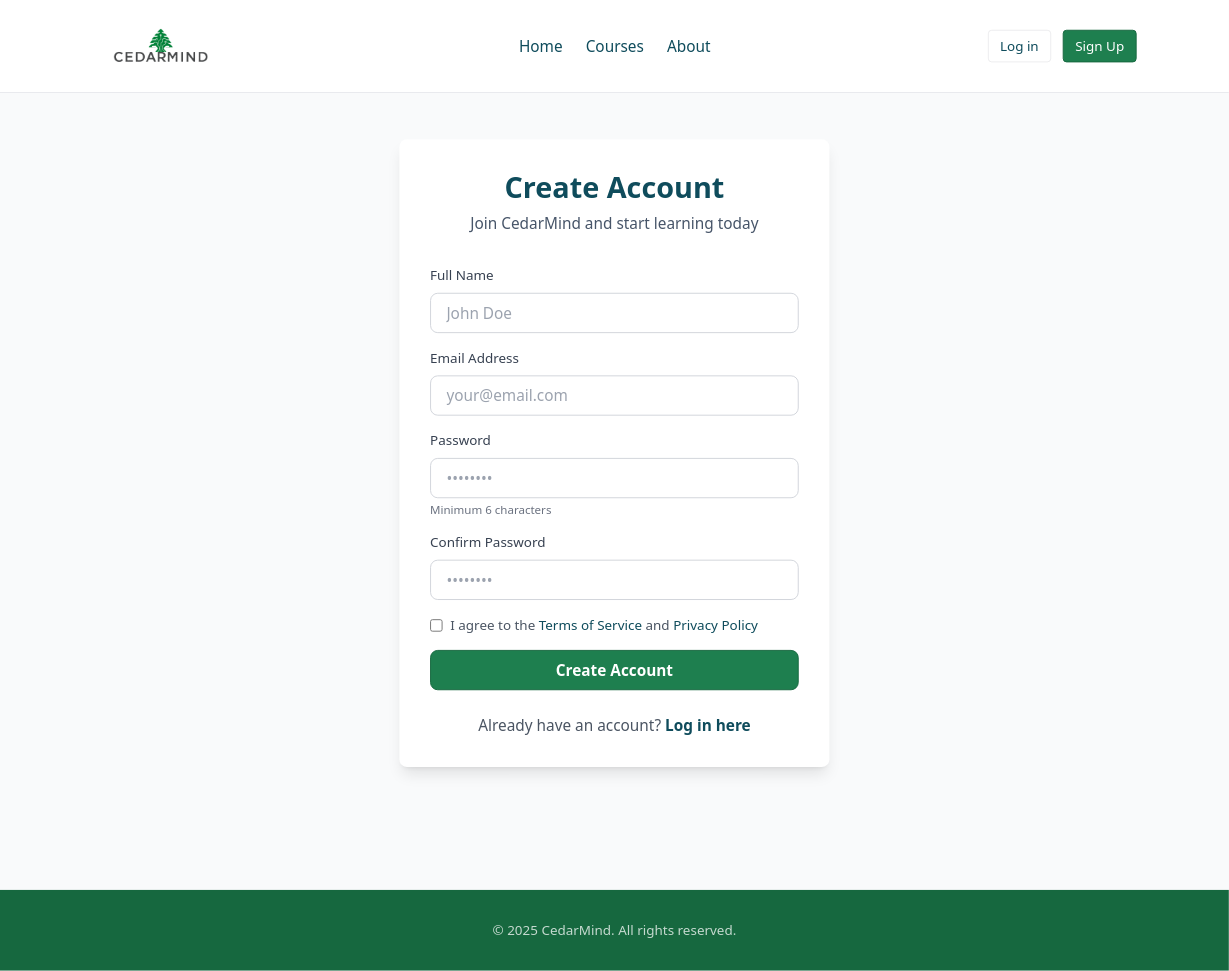
Repository: 1222aa/cedarmind
Page: http://localhost/signup.html
The author's editor kept a copy of each file at every save. The page is drawn from the files as they stood at one save, then again after the next save.
The browser window is 1280 px wide. The pictures show the whole page, at 96% of full size.
Some web libraries are served in a nearby version. The page is served by the project's Laravel application, run on PHP 8.4 with Laravel 12.

Above is the page before, as saved 2025-12-02 15:40:34.

### public/signup.html
<!DOCTYPE html>
<html lang="en">

<head>
  <meta charset="UTF-8" />
  <meta name="viewport" content="width=device-width, initial-scale=1.0" />

  <!-- Unified Font -->
  <link href="https://fonts.googleapis.com/css2?family=Inter:wght@300;400;500;600;700&display=swap" rel="stylesheet">

  <!-- Global Styles -->
  <link rel="stylesheet" href="./css/style.css">

  <!-- Optional: Icons -->
  <link rel="stylesheet" href="https://cdnjs.cloudflare.com/ajax/libs/font-awesome/6.5.0/css/all.min.css">
  <script src="https://cdn.tailwindcss.com"></script>
  <title>Sign Up - CedarMind</title>
</head>

<body class="bg-gray-50 text-gray-900 font-sans">

  <!-- Responsive Header / Navbar (Tailwind) -->
  <header class="bg-white border-b sticky top-0 z-50 bg-opacity-95 backdrop-blur-sm">
    <div class="max-w-6xl mx-auto px-4 sm:px-6 lg:px-8">
      <div class="flex items-center justify-between h-20 md:h-24">
        <div class="flex items-center">
          <a href="/" class="flex items-center">
            <img src="./image/logo.png" alt="CedarMind logo" class="h-16 md:h-20 lg:h-24 w-auto mr-3">
            <span class="sr-only">CedarMind</span>
          </a>
        </div>

        <!-- Desktop nav -->
        <nav class="hidden md:flex md:items-center md:space-x-6" aria-label="Primary">
          <a href="/" class="brand-link">Home</a>
          <a href="/#courses" class="brand-link">Courses</a>
          <a href="/#about" class="brand-link">About</a>
        </nav>

        <div class="hidden md:flex md:items-center md:space-x-3">
          <a href="login.html" class="brand-outline px-3 py-1.5 rounded text-sm">Log in</a>
          <a href="#" class="brand-cta px-3 py-1.5 rounded text-sm">Sign Up</a>
        </div>

        <!-- Mobile menu button -->
        <div class="md:hidden">
          <button id="nav-toggle" aria-controls="mobile-menu" aria-expanded="false" class="inline-flex items-center justify-center p-2 rounded-md text-gray-700 hover:bg-gray-100 focus:outline-none">
            <svg class="h-6 w-6" xmlns="http://www.w3.org/2000/svg" fill="none" viewBox="0 0 24 24" stroke="currentColor">
              <path stroke-linecap="round" stroke-linejoin="round" stroke-width="2" d="M4 6h16M4 12h16M4 18h16" />
            </svg>
          </button>
        </div>
      </div>
    </div>

    <!-- Mobile menu -->
    <div id="mobile-menu" class="md:hidden hidden">
      <div class="px-2 pt-2 pb-3 space-y-1 sm:px-3">
        <a href="/" class="brand-link-mobile block px-3 py-2 rounded-md text-base font-medium">Home</a>
        <a href="/#courses" class="brand-link-mobile block px-3 py-2 rounded-md text-base font-medium">Courses</a>
        <a href="/#about" class="brand-link-mobile block px-3 py-2 rounded-md text-base font-medium">About</a>
      </div>
      <div class="px-4 pb-4 flex items-center space-x-2">
        <a href="login.html" class="flex-1 text-center px-3 py-2 border rounded text-sm brand-link-mobile">Log in</a>
        <a href="#" class="flex-1 text-center px-3 py-2 brand-cta rounded text-sm">Sign Up</a>
      </div>
    </div>
  </header>

  <main class="min-h-screen flex items-center justify-center py-12 px-4">
    <div class="w-full max-w-md bg-white rounded-lg shadow-lg p-8">
      <div class="text-center mb-8">
        <h1 class="text-3xl font-bold brand-heading">Create Account</h1>
        <p class="text-slate-600 mt-2">Join CedarMind and start learning today</p>
      </div>

      <form id="signupForm" class="space-y-4">
        <!-- Full Name Input -->
        <div>
          <label for="name" class="block text-sm font-medium text-gray-700 mb-2">Full Name</label>
          <input type="text" id="name" name="name" required class="w-full px-4 py-2 border border-gray-300 rounded-lg focus:outline-none focus:ring-2 focus:ring-[var(--cedar)] focus:border-transparent" placeholder="John Doe">
        </div>

        <!-- Email Input -->
        <div>
          <label for="email" class="block text-sm font-medium text-gray-700 mb-2">Email Address</label>
          <input type="email" id="email" name="email" required class="w-full px-4 py-2 border border-gray-300 rounded-lg focus:outline-none focus:ring-2 focus:ring-[var(--cedar)] focus:border-transparent" placeholder="your@email.com">
        </div>

        <!-- Password Input -->
        <div>
          <label for="password" class="block text-sm font-medium text-gray-700 mb-2">Password</label>
          <input type="password" id="password" name="password" required class="w-full px-4 py-2 border border-gray-300 rounded-lg focus:outline-none focus:ring-2 focus:ring-[var(--cedar)] focus:border-transparent" placeholder="••••••••">
          <p class="text-xs text-gray-500 mt-1">Minimum 6 characters</p>
        </div>

        <!-- Confirm Password -->
        <div>
          <label for="confirmPassword" class="block text-sm font-medium text-gray-700 mb-2">Confirm Password</label>
          <input type="password" id="confirmPassword" name="confirmPassword" required class="w-full px-4 py-2 border border-gray-300 rounded-lg focus:outline-none focus:ring-2 focus:ring-[var(--cedar)] focus:border-transparent" placeholder="••••••••">
        </div>

        <!-- Terms Checkbox -->
        <label class="flex items-center text-sm">
          <input type="checkbox" id="terms" required class="rounded border-gray-300">
          <span class="ml-2 text-gray-600">I agree to the <a href="#" class="brand-link">Terms of Service</a> and <a href="#" class="brand-link">Privacy Policy</a></span>
        </label>

        <!-- Submit Button -->
        <button type="submit" class="w-full brand-cta px-4 py-2 rounded-lg font-semibold transition">Create Account</button>

        <!-- Error Message -->
        <div id="errorMessage" class="hidden bg-red-50 text-red-700 p-3 rounded-lg text-sm"></div>

        <!-- Success Message -->
        <div id="successMessage" class="hidden bg-green-50 text-green-700 p-3 rounded-lg text-sm"></div>
      </form>

      <!-- Log In Link -->
      <p class="text-center text-gray-600 mt-6">
        Already have an account? <a href="login.html" class="brand-link font-semibold">Log in here</a>
      </p>
    </div>
  </main>

  <!-- Footer -->
  <footer class="bg-[var(--cedar-dark)] text-white py-8 px-6 mt-20">
    <div class="max-w-6xl mx-auto text-center text-sm opacity-75">
      <p>&copy; 2025 CedarMind. All rights reserved.</p>
    </div>
  </footer>

  <script src="js/main.js"></script>
  <script>
    document.getElementById('signupForm').addEventListener('submit', function(e) {
      e.preventDefault();

      const name = document.getElementById('name').value;
      const email = document.getElementById('email').value;
      const password = document.getElementById('password').value;
      const confirmPassword = document.getElementById('confirmPassword').value;
      const errorDiv = document.getElementById('errorMessage');
      const successDiv = document.getElementById('successMessage');

      errorDiv.classList.add('hidden');
      successDiv.classList.add('hidden');

      // Validation
      if (password.length < 6) {
        errorDiv.textContent = 'Password must be at least 6 characters long.';
        errorDiv.classList.remove('hidden');
        return;
      }

      if (password !== confirmPassword) {
        errorDiv.textContent = 'Passwords do not match.';
        errorDiv.classList.remove('hidden');
        return;
      }

      // Get existing users
      const users = JSON.parse(localStorage.getItem('cedarmind_users') || '[]');

      // Check if email already exists
      if (users.find(u => u.email === email)) {
        errorDiv.textContent = 'An account with this email already exists.';
        errorDiv.classList.remove('hidden');
        return;
      }

      // Create new user
      const newUser = {
        id: Date.now(),
        name: name,
        email: email,
        password: password,
        createdAt: new Date().toISOString()
      };

      users.push(newUser);
      localStorage.setItem('cedarmind_users', JSON.stringify(users));

      // Log in the new user
      localStorage.setItem('cedarmind_current_user', JSON.stringify({
        id: newUser.id,
        email: newUser.email,
        name: newUser.name
      }));

      successDiv.textContent = 'Account created successfully! Redirecting to courses...';
      successDiv.classList.remove('hidden');

      setTimeout(() => {
        window.location.href = 'courses.html';
      }, 1500);
    });
  </script>
</body>

</html>

### public/css/style.css


/* Header styling moved to Tailwind utilities in index.html. */

/* Keep any existing custom focus styles if desired */
.nav-links a:focus, .btn:focus { outline: 3px solid rgba(14,165,164,0.18); outline-offset: 2px; }

/* Cedar color palette variables (requested) */
:root {
	--cedar: #1E7F4F;
	--cedar-light: #2FA86A;
	--cedar-dark: #16683f;
	--text-main: #0F4C5C;
	--background-main: #f9fafb;
    --white: #ffffff;
}

/* Apply palette to core elements */
body { background-color: var(--background-main); color: var(--white); }


/* Logo color follows cedar */
.logo-link { color: var(--cedar); }
@media (prefers-color-scheme: dark) {
    .logo-link { color: #ffffff; }
}

/* Brand utility classes (use these in HTML to apply the cedar palette) */
.brand-link { color: var(--text-main); transition: color .15s ease; }
.brand-link:hover, .brand-link:focus { color: var(--cedar-light); }

.brand-cta { background: var(--cedar); color: #ffffff; border: 1px solid var(--cedar-dark); }
.brand-cta:hover, .brand-cta:focus { background: var(--cedar-dark); }

.brand-outline { color: var(--text-main); background: transparent; border: 1px solid rgba(15,23,42,0.08); }
.brand-outline:hover, .brand-outline:focus { background: rgba(47,168,106,0.06); }

.brand-heading { color: var(--text-main); }

.brand-link-mobile { color: var(--text-main); }
.brand-link-mobile:hover { background: rgba(47,168,106,0.06); }

/* Make form elements and other interactive bits follow brand when reasonable */
button, input[type="submit"], .btn { font-family: inherit; }

/* Hero-specific styles */
.hero { position: relative; }
.hero-bg svg { display: block; width: 100%; height: 100%; object-fit: cover; }
.brand-heading { color: var(--text-main); }

/* Ensure text placed over colored backgrounds (like the hero) is readable */
.hero, .hero h1, .hero h2, .hero p, .hero a, .hero .brand-heading { color: var(--white); }
.hero p { color: rgba(255,255,255,0.92); }

/* Buttons/links when shown on the colored hero background */
.hero .brand-outline { color: var(--white); border-color: rgba(255,255,255,0.22); }
.hero .brand-outline:hover, .hero .brand-outline:focus { background: rgba(255,255,255,0.06); }
.hero .brand-cta { background: var(--white); color: var(--cedar-dark); border-color: rgba(255,255,255,0.08); }
.hero .brand-cta:hover, .hero .brand-cta:focus { background: #ffffff; filter: brightness(.98); }

### public/js/main.js
 // Toggle mobile menu (uses Tailwind `hidden` class)
    (function() {
      const btn = document.getElementById('nav-toggle');
      const menu = document.getElementById('mobile-menu');

      if (!btn || !menu) return;

      btn.addEventListener('click', function(e) {
        const expanded = this.getAttribute('aria-expanded') === 'true';
        this.setAttribute('aria-expanded', (!expanded).toString());
        menu.classList.toggle('hidden');
      });

      // Close when clicking outside
      document.addEventListener('click', (e) => {
        if (!menu.contains(e.target) && !btn.contains(e.target)) {
          if (!menu.classList.contains('hidden')) {
            menu.classList.add('hidden');
            btn.setAttribute('aria-expanded', 'false');
          }
        }
      });
    })();

After the next save:
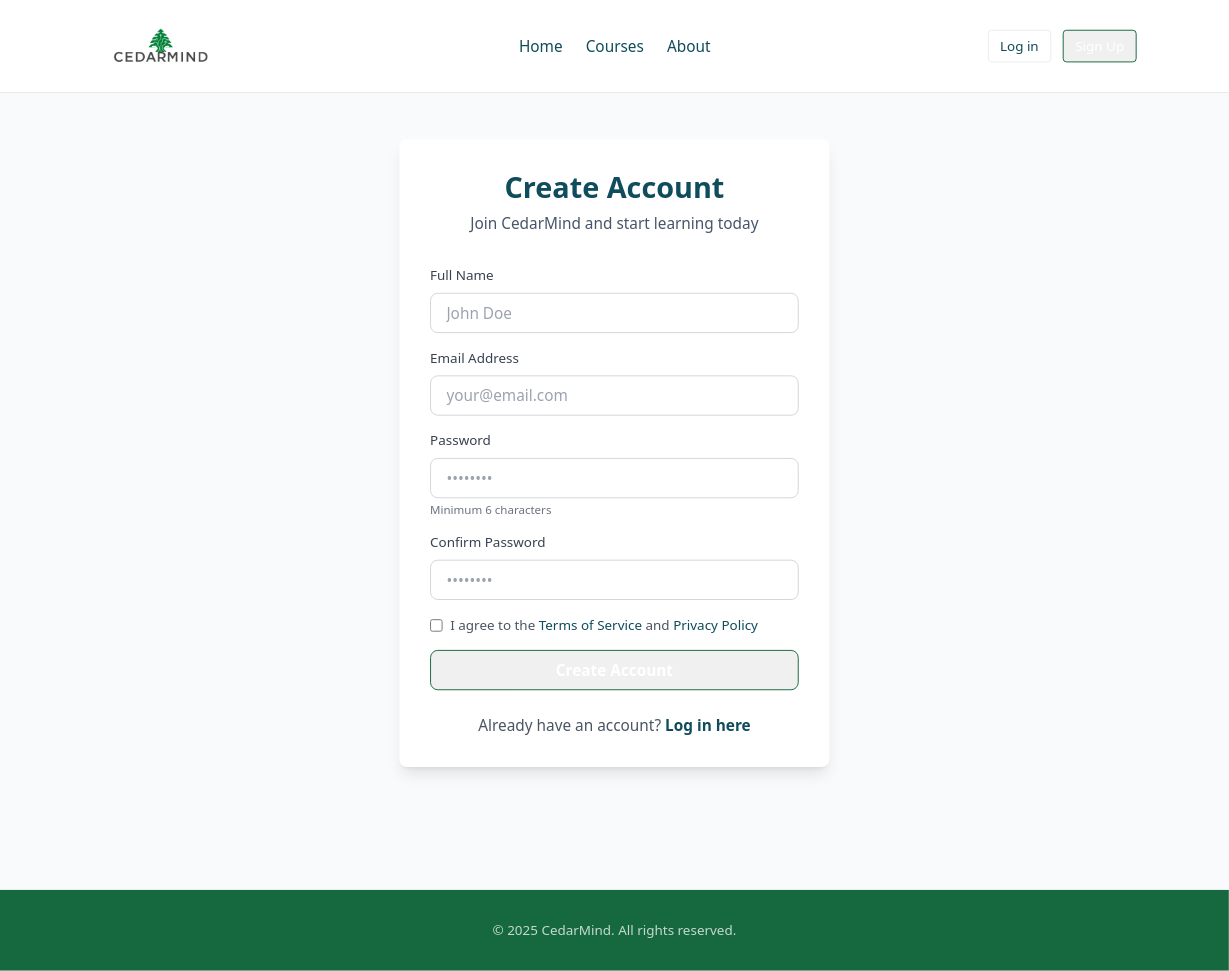
Saved 84 min 19 s later.
--- a/public/css/style.css
+++ b/public/css/style.css
@@ -7,7 +7,7 @@
 
 /* Cedar color palette variables (requested) */
 :root {
-	--cedar: #1E7F4F;
+	--cedar: #f0f0f0;
 	--cedar-light: #2FA86A;
 	--cedar-dark: #16683f;
 	--text-main: #0F4C5C;

After the save that followed:
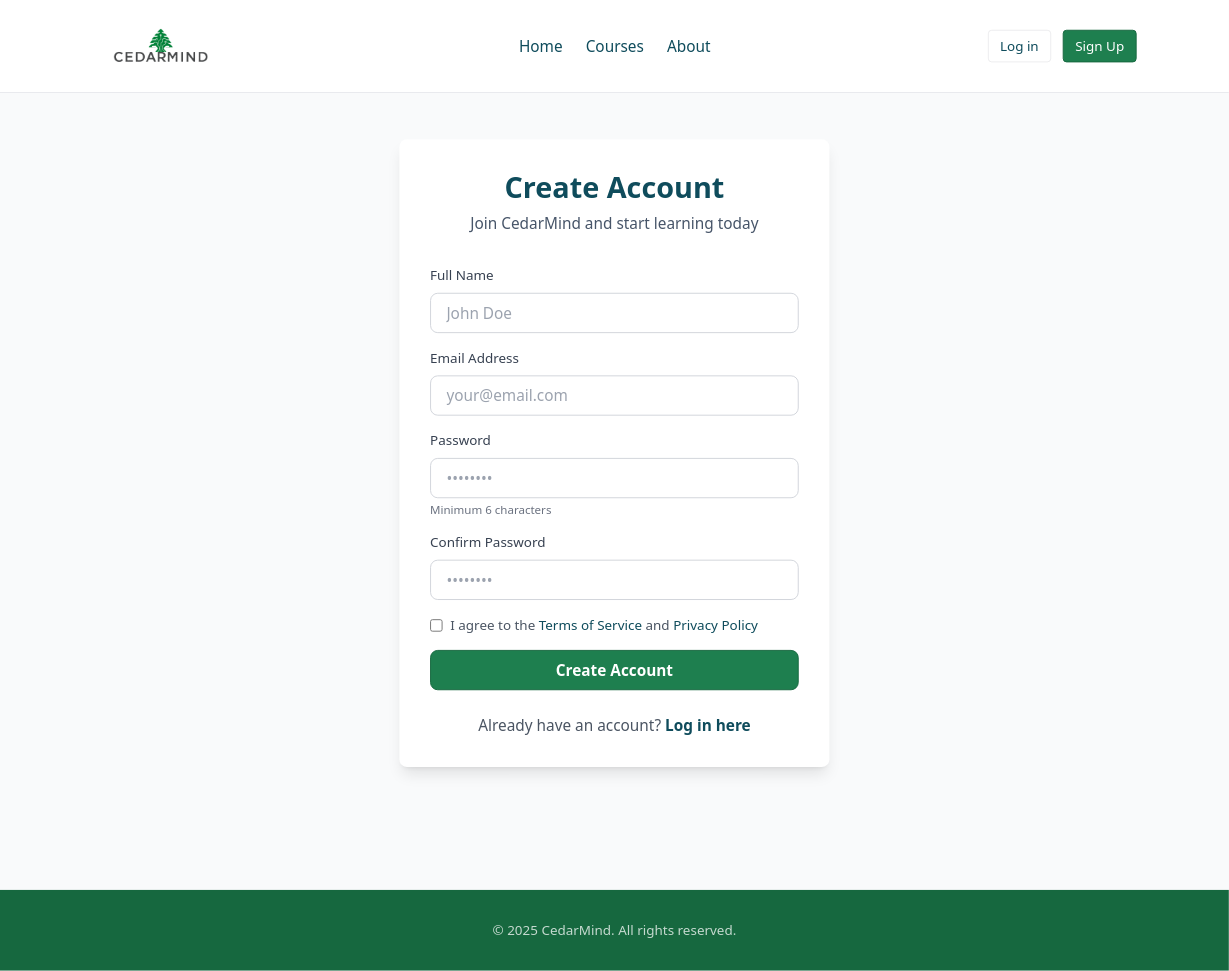
Saved 9 s later.
--- a/public/css/style.css
+++ b/public/css/style.css
@@ -7,7 +7,7 @@
 
 /* Cedar color palette variables (requested) */
 :root {
-	--cedar: #f0f0f0;
+	--cedar: #1E7F4F;
 	--cedar-light: #2FA86A;
 	--cedar-dark: #16683f;
 	--text-main: #0F4C5C;
